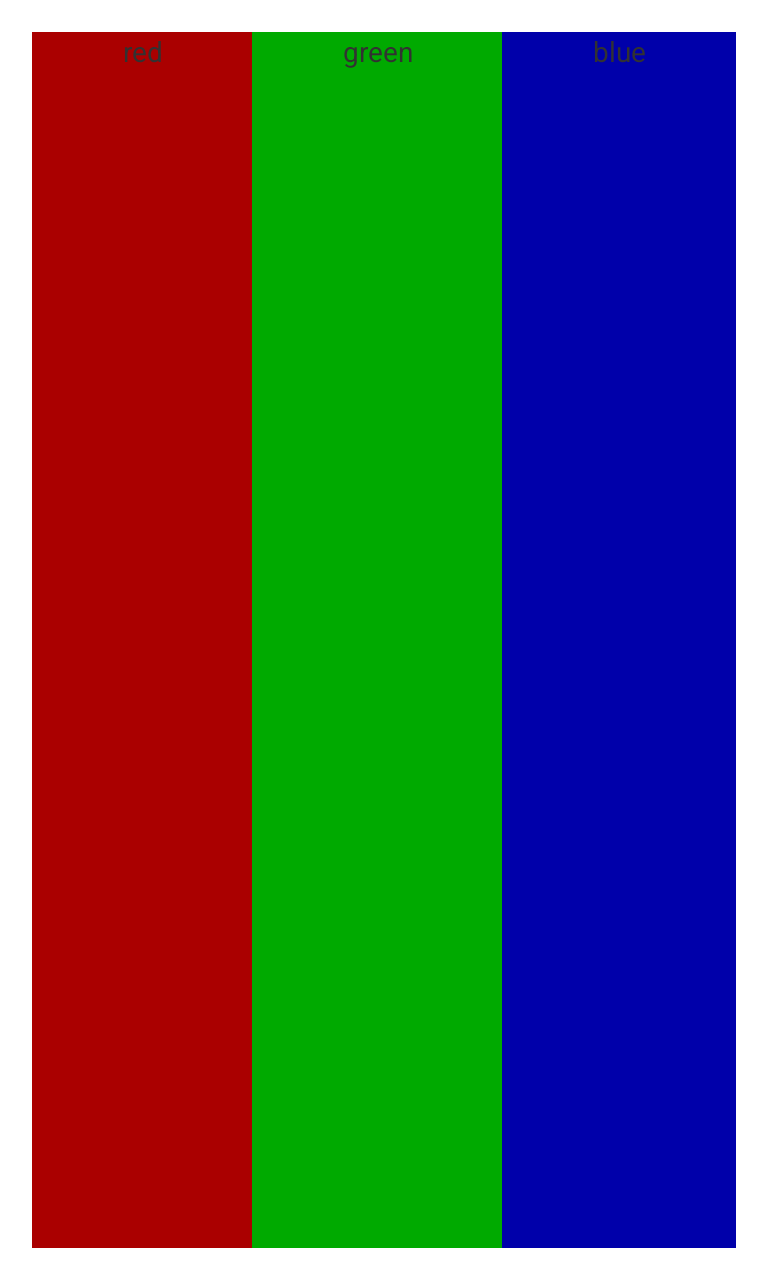
Repository: PatKelsh/IS-413
Layout: LinearLayout/res/layout/activity_main.xml
These files come from the project's save history. The layout is drawn as it stood at one moment and after the next save; the edit follows.
It is drawn on a 768 x 1280 px phone screen (xhdpi) without system bars, with theme AppTheme; the app's code is not run.

Above is the layout before, as saved 2015-02-04 03:18:52.

### LinearLayout/res/layout/activity_main.xml
<RelativeLayout xmlns:android="http://schemas.android.com/apk/res/android"
    xmlns:tools="http://schemas.android.com/tools"
    android:layout_width="match_parent"
    android:layout_height="match_parent"
    android:paddingBottom="@dimen/activity_vertical_margin"
    android:paddingLeft="@dimen/activity_horizontal_margin"
    android:paddingRight="@dimen/activity_horizontal_margin"
    android:paddingTop="@dimen/activity_vertical_margin"
    tools:context="com.example.linearlayout.MainActivity" >

    <LinearLayout
        android:orientation="horizontal"
        android:layout_width="fill_parent"
        android:layout_height="fill_parent"
        android:layout_weight="1">

        <TextView
            android:text="red"
            android:gravity="center_horizontal"
            android:background="#aa0000"
            android:layout_width="wrap_content"
            android:layout_height="fill_parent"
            android:layout_weight="1"/>

        <TextView
            android:text="green"
            android:gravity="center_horizontal"
            android:background="#00aa00"
            android:layout_width="wrap_content"
            android:layout_height="fill_parent"
            android:layout_weight="1"/>

        <TextView
            android:text="blue"
            android:gravity="center_horizontal"
            android:background="#0000aa"
            android:layout_width="wrap_content"
            android:layout_height="fill_parent"
            android:layout_weight="1"/>
    </LinearLayout>

    <LinearLayout
        android:orientation="vertical"
        android:layout_width="fill_parent"
        android:layout_height="fill_parent"
        android:layout_weight="1">
    </LinearLayout>

    <LinearLayout
        android:orientation="vertical"
        android:layout_width="fill_parent"
        android:layout_height="fill_parent">
    </LinearLayout>


</RelativeLayout>

Loaded but not shown: LinearLayout/res/values/styles.xml (common file); LinearLayout/res/values-v11/styles.xml (common file); LinearLayout/res/values-v14/styles.xml (common file); LinearLayout/res/values/dimens.xml (common file); LinearLayout/res/values-w820dp/dimens.xml (common file)

After the next save:
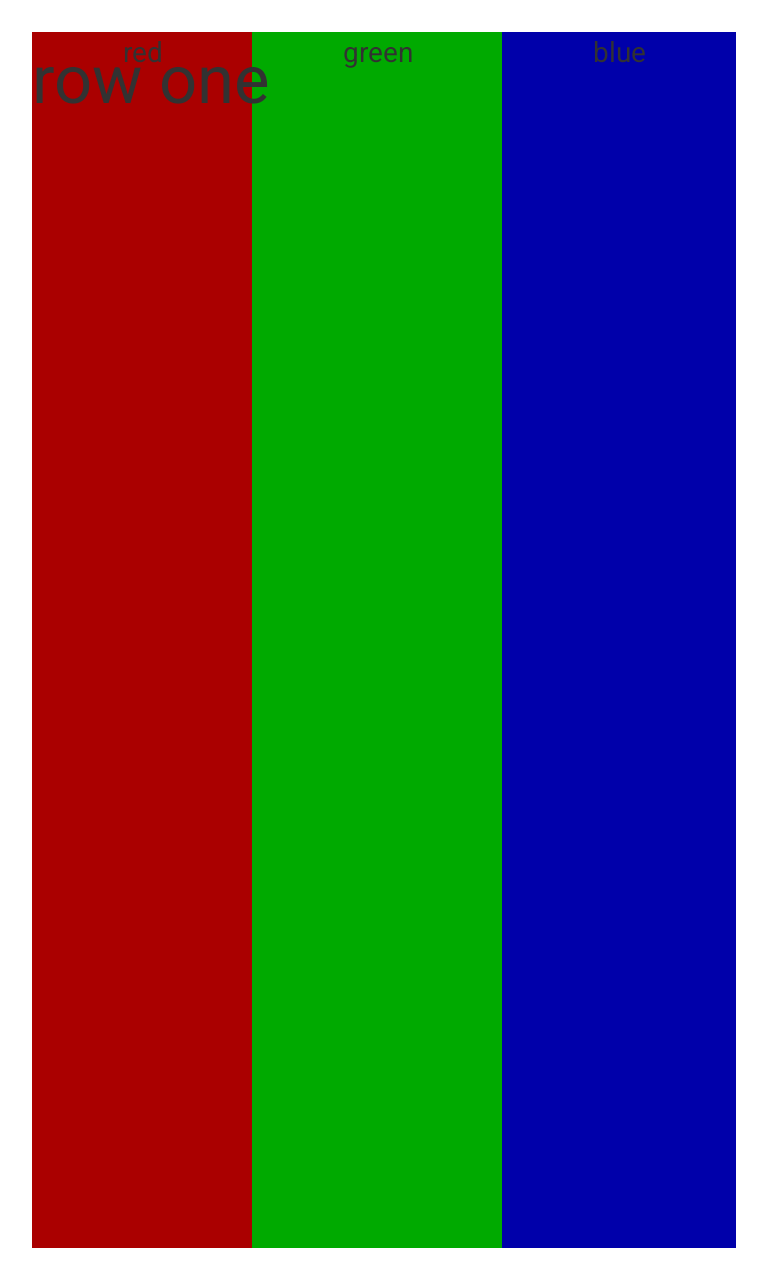
Saved 87 s later.
--- a/LinearLayout/res/layout/activity_main.xml
+++ b/LinearLayout/res/layout/activity_main.xml
@@ -43,13 +43,13 @@
         android:orientation="vertical"
         android:layout_width="fill_parent"
         android:layout_height="fill_parent"
-        android:layout_weight="1">
-    </LinearLayout>
-
-    <LinearLayout
-        android:orientation="vertical"
-        android:layout_width="fill_parent"
-        android:layout_height="fill_parent">
+        android:layout_wieght="1">
+        <TextView
+            android:text="row one"
+            android:textSize="15pt"
+            android:layout_width="fill_parent"
+            android:layout_height="wrap_content"
+            android:layout_weight="1"/>
     </LinearLayout>
 
 
